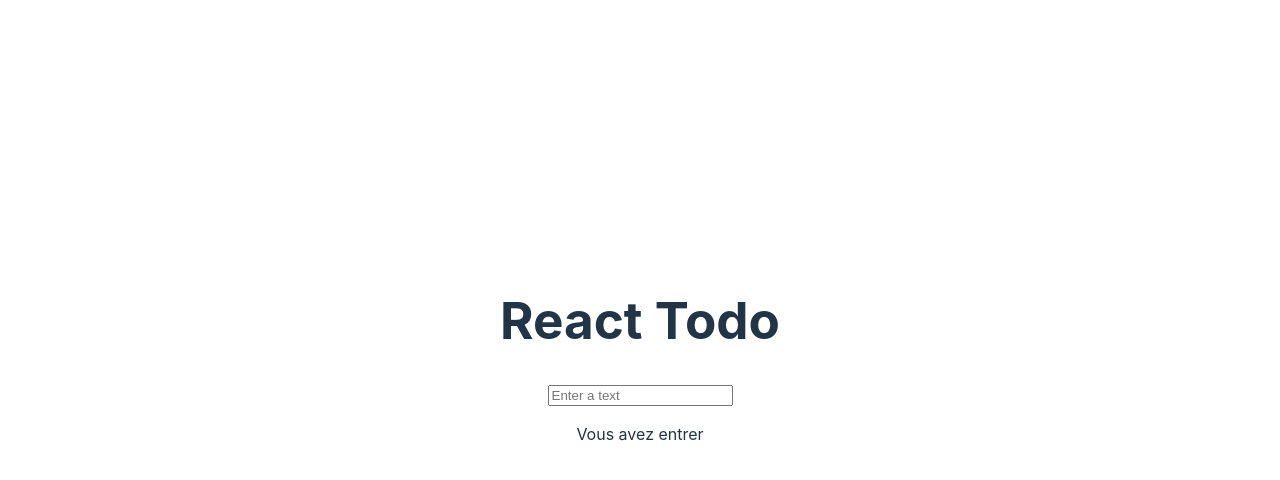
Repository: feyroozecode/React-Todo
Page: /
The author's editor kept a copy of each file at every save. The page is drawn from the files as they stood at one save, then again after a run of saves.
The browser window is 1280 px wide. The pictures show the whole page.
The project was rebuilt for these pictures with package versions that can differ from the ones it lists, and the page was loaded fresh each time. Also part of the build but not shown: vite.config.js, src/components/add_field.jsx.

Above is the page before, as saved 2023-09-21 10:25:13.

After the next 3 saves:
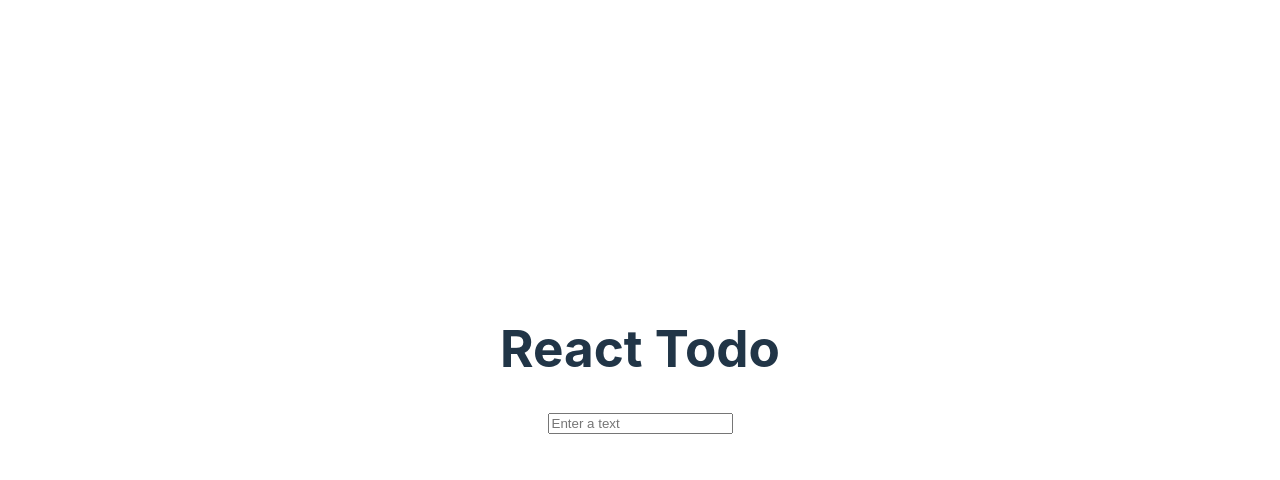
The 3 saves are shown as one change because they came seconds apart.
The last was saved 11 s later.
--- a/src/App.jsx
+++ b/src/App.jsx
@@ -26,10 +26,8 @@
            onChange={handleInputChange}
            />
 
-                <p>
-                  Vous avez entrer <strong> { input } </strong>
-                </p>
-            </div>
+
+    </div>
 
     <itemsList />
 
